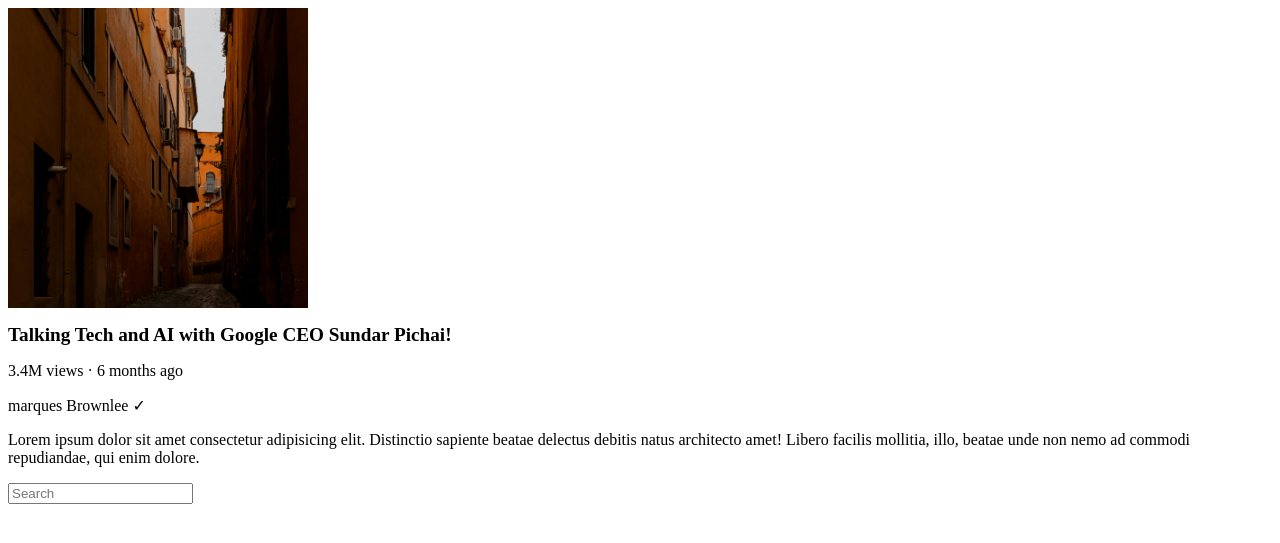
Repository: Yeyolive/WebDev_Collab_2025
Page: Basic_Projects/HTML-CSS course/youtube/youtube.html
These files come from the project's save history. The page is drawn as it stood at one moment and after the next save; the edit follows.
The browser window is 1280 px wide. The pictures show the whole page.

Above is the page before, as saved 2025-11-23 22:42:44.

After the next save:
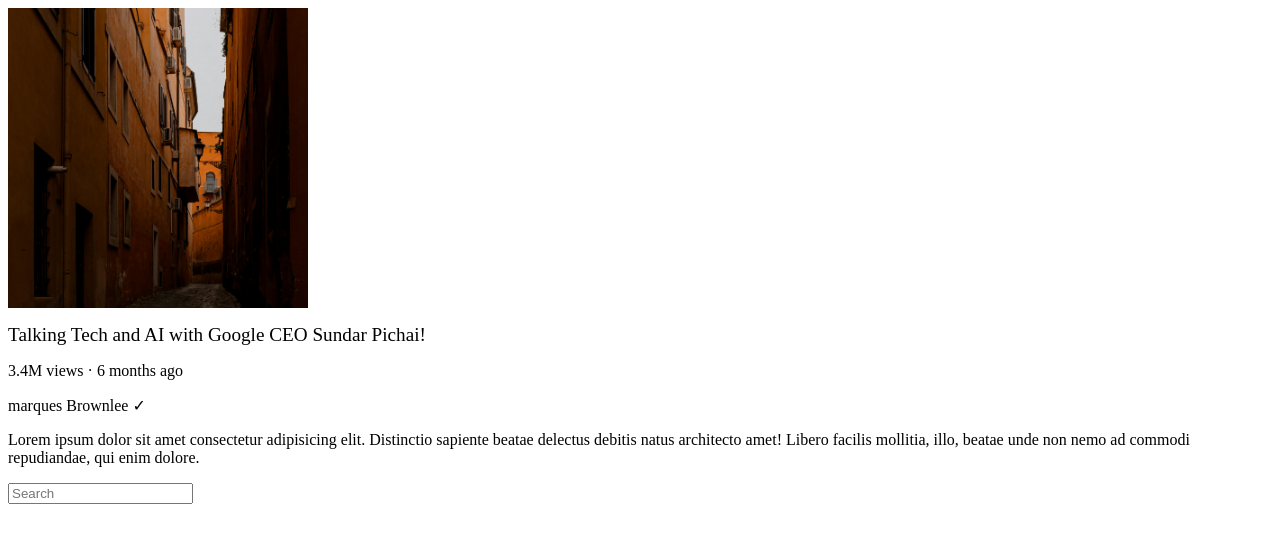
Saved 9 s later.
--- a/Basic_Projects/HTML-CSS course/youtube/youtube.css
+++ b/Basic_Projects/HTML-CSS course/youtube/youtube.css
@@ -7,7 +7,7 @@
 
 .video-title {
   font-size: 1.2rem;
-  font-weight: 600;
+  font-weight: 600px;
   margin: 12px 0 8px 0;
 }
 .search-bar {

After the save that followed:
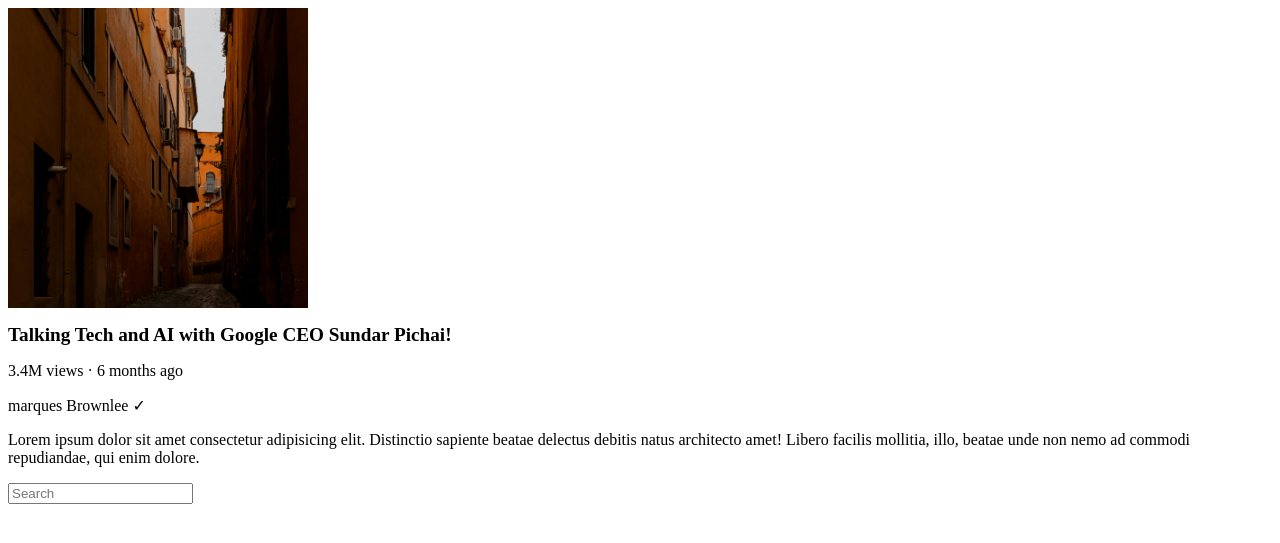
Saved 7 s later.
--- a/Basic_Projects/HTML-CSS course/youtube/youtube.css
+++ b/Basic_Projects/HTML-CSS course/youtube/youtube.css
@@ -7,7 +7,7 @@
 
 .video-title {
   font-size: 1.2rem;
-  font-weight: 600px;
+  font-weight: bold;
   margin: 12px 0 8px 0;
 }
 .search-bar {
